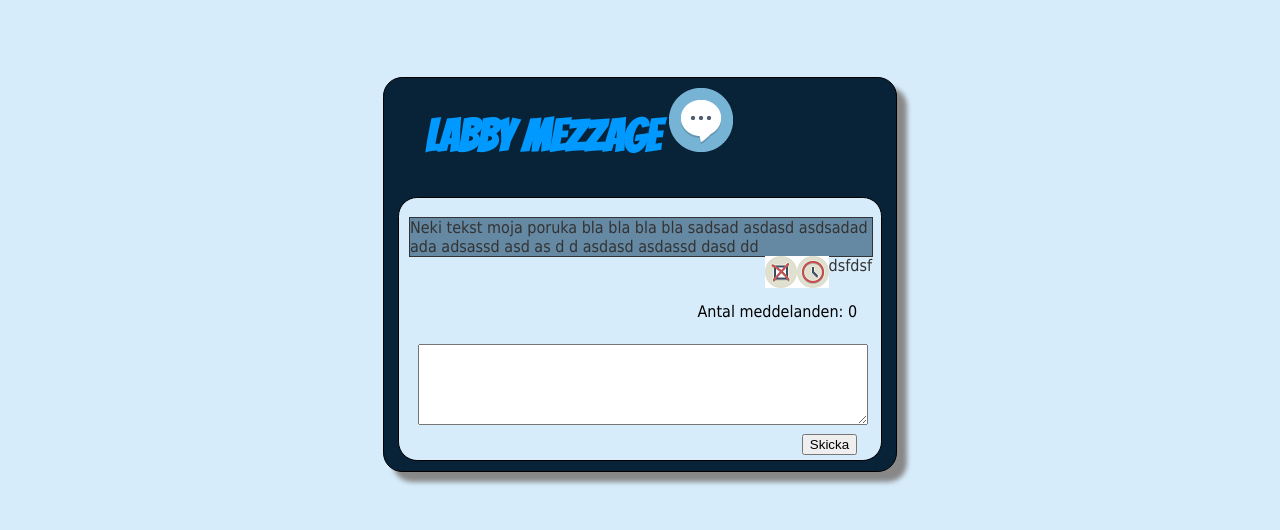
Repository: jb223cp/1dv403-laborationer
Page: 2-labbymezzage/index.html
The author's editor kept a record of every edit. The page is drawn from the files as they stood at one moment, then again after the next edit.
The browser window is 1280 px wide. The pictures show the whole page.

Above is the page before.
Console error: ReferenceError: Message is not defined

After the next edit:
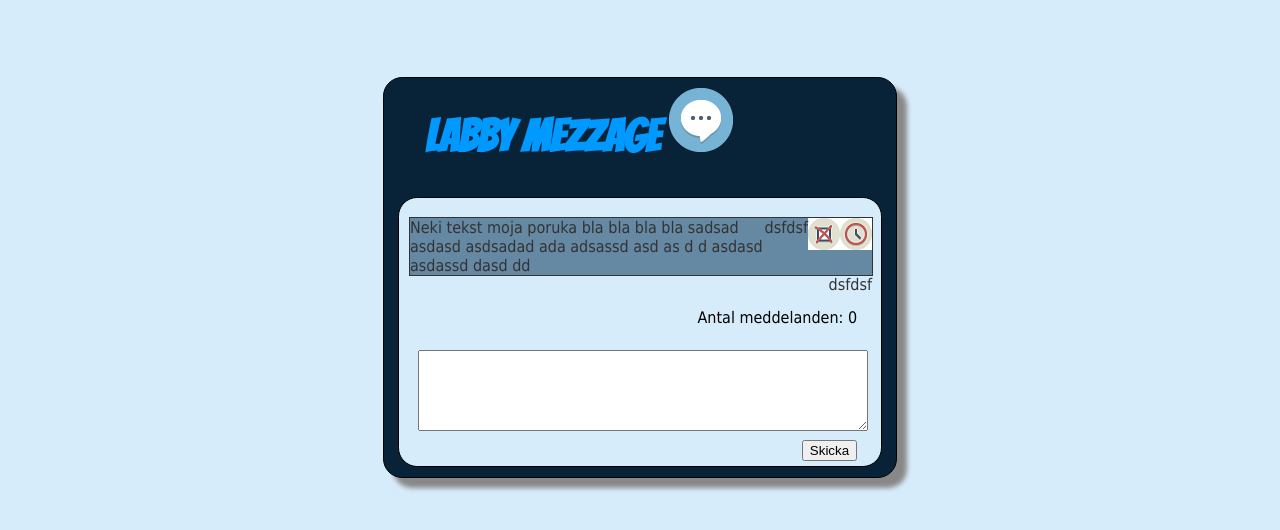
The edit:
--- a/2-labbymezzage/index.html
+++ b/2-labbymezzage/index.html
@@ -13,11 +13,13 @@
 
             <section class="message">
                 <article>
+                    <p><img class="icons" src="pics/clock.png" alt="show time when message is published"></p>
+                    <p><img class="icons" src="pics/x.png" alt="delete message"></p>
+                    <time>dsfdsf</time>
                     <p>Neki tekst moja poruka bla bla bla bla sadsad asdasd asdsadad ada adsassd asd as  d d asdasd asdassd dasd dd</p>
+
                     <time>dsfdsf</time>
-                    <p><img class="icons" src="pics/clock.png" alt="show time when message is published"></p>
 
-                    <img class="icons" src="pics/x.png" alt="delete message">
                 </article>
                 <fieldset>
                     <label>Antal meddelanden: 0</label>
